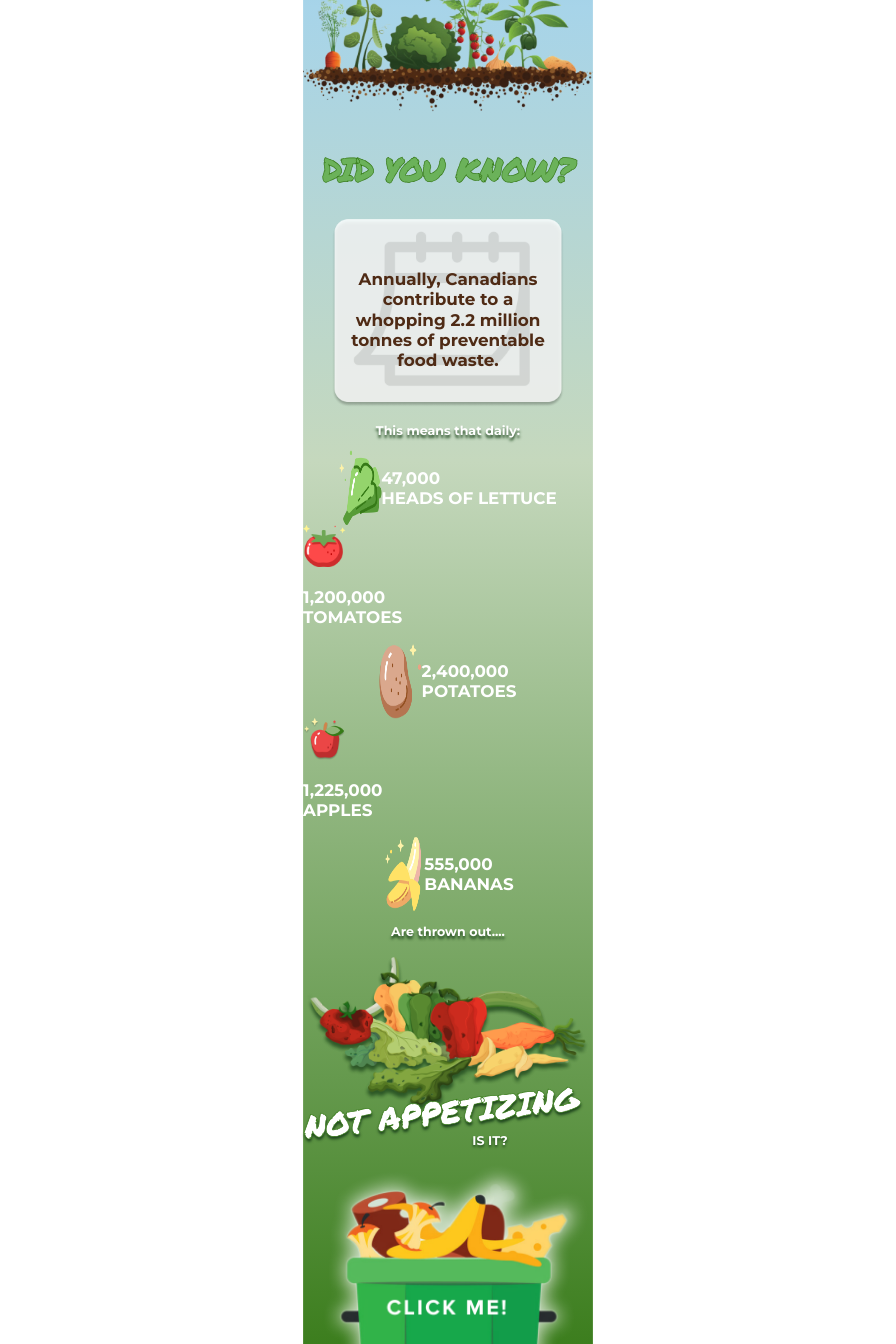
Repository: zoelake/DCDmidterm
Page: page1/index.html
An editor plug-in stored every save of this project. The page is shown before and after the next save, followed by the edit.
The browser window is 1280 px wide. The pictures show the part of the page from y = 640 to 2560 px (the page is 2631 px tall), at 70% of full size.

Above is the page before, as saved 2021-03-05 20:18:55.

### page1/index.html
<!DOCTYPE html>
<html lang="en">

<head>
    <meta charset="UTF-8">
    <meta http-equiv="X-UA-Compatible" content="IE=edge">
    <meta name="viewport" content="width=device-width, initial-scale=1.0">
    <title>Midterm project</title>
    <link rel="stylesheet" href="./style.css">
    <link rel="preconnect" href="https://fonts.gstatic.com">
    <link href="https://fonts.googleapis.com/css2?family=Montserrat:wght@300&display=swap" rel="stylesheet">
    <link rel="preconnect" href="https://fonts.gstatic.com">
    <link href="https://fonts.googleapis.com/css2?family=Montserrat:wght@300;700&display=swap" rel="stylesheet">
    <link rel="preconnect" href="https://fonts.gstatic.com">
    <link href="https://fonts.googleapis.com/css2?family=Permanent+Marker&display=swap" rel="stylesheet">
</head>

<body>

    <div id="main">
        <img id="cloud" alt="cloud" src="images/cloud.png">
        <img id="graphic1" alt="garbage truck" src="images/graphic1.png">
        <img id="garden" alt="veggie garden" src="images/garden.png">
        <h2 id="text-fact">DID YOU KNOW?</h2>
        <img id="calendar" alt="calendar icon" src="images/calendar.png">
        <p id="calendar-text">Annually, Canadians contribute to a whopping 2.2 million tonnes of preventable food waste.
        </p>
        <p class="list-text">This means that daily:</p>

        <div class="produce-left">
            <img class="food" src="./images/lettuce.png">
            <p class="text-left">47,000<br>HEADS OF LETTUCE</p>
        </div>

        <div class="produce-right">
            <img class="food" src="./images/tomatoe.png">
            <p class="text-right">1,200,000<br>TOMATOES</p>
        </div>

        <div class="produce-left">
            <img class="food" src="./images/potatoe.png">
            <p class="text-left">2,400,000<br>POTATOES</p>
        </div>

        <div class="produce-right">
            <img class="food" src="./images/apple.png">
            <p class="text-right">1,225,000<br>APPLES</p>
        </div>

        <div class="produce-left">
            <img class="food" src="./images/banana.png">
            <p class="text-left">555,000<br>BANANAS</p>
        </div>

        <p class="list-text">Are thrown out....</p>

        <img id="rotten-veggies" alt="rotten veggies" src="images/rotten-veggies.png">
        <h2 id="text-waste">NOT APPETIZING</h2>
        <p id="waste" class="list-text">IS IT?</p>

        <img id="basket" alt="shopping basket" src="images/basket.png">


    </div>

</body>

</html>

### page1/style.css
html, body {
  margin:0;
  /* overflow-y: hidden; */
}

body {
  display: flex;
  justify-content: center;
  align-items: center;
}

#main{
  position: relative;
  width: 414px;
  height: 2600px;
  align-self: center;
  background-image: linear-gradient(#65A9D9, #A7D4E9, #C5D8BD, #7EAA6A, #387B19);
}

img{
    width: 100%;
}

h2{
    display: flex;
    justify-self: center;
    font-size: 45px;
    font-family: 'Permanent Marker', cursive;
    -webkit-text-stroke-width: 1px;
    -webkit-text-stroke-color: #367A17;
}

#text-fact{
    color: #6BB25A;
}

#text-waste{
    color: white;
    text-shadow: 0px 4px 4px #1F471E;
    position: absolute;
    top: 2160px;
    transform: rotate(-6deg);
}

#waste{
    position: relative;
    left: 60px;
}

#calendar{
    width: 80%;
    padding: 0 10%;
}

#calendar-text{
    position: absolute;
    width: 76%;
    padding: 0 12%;
    text-align: center;
    top: 1000px;
    z-index: 2;
    color: #4F2B15;
}

p{
    color: white;
    font-family: 'Montserrat', sans-serif;
    font-weight: 900;
    font-size: 24px;
}

.list-text{
    font-size: 18px;
    text-align: center;
    text-shadow: 0px 4px 4px #1F471E;
}

.produce-left{
    display: flex;
    flex-direction: row;
    justify-content: center;
}

.food{
    width: 60px;
    height: 100;
}

After the next save:
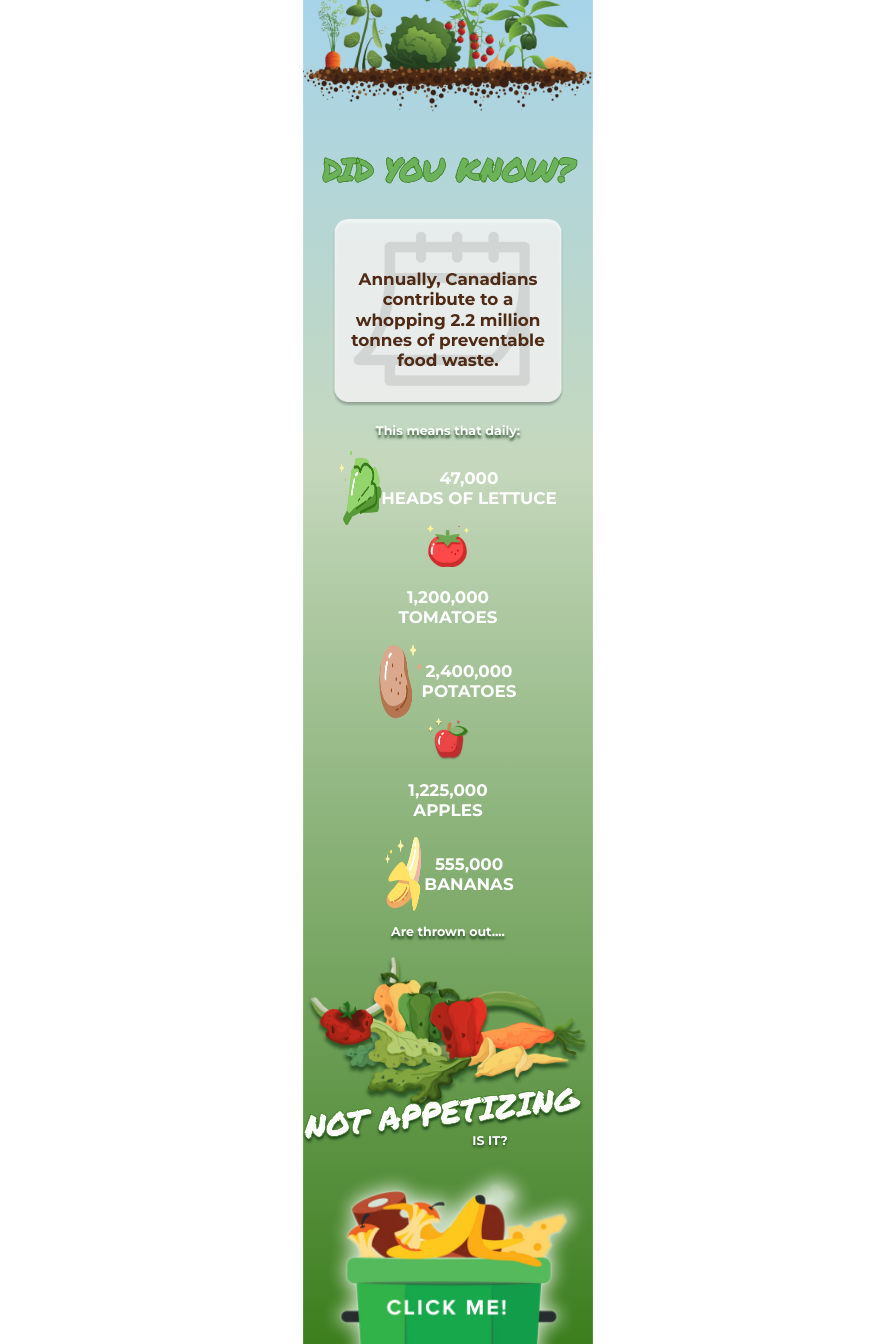
Saved 34 s later.
--- a/page1/style.css
+++ b/page1/style.css
@@ -14,6 +14,7 @@ body {
   width: 414px;
   height: 2600px;
   align-self: center;
+  text-align: center;
   background-image: linear-gradient(#65A9D9, #A7D4E9, #C5D8BD, #7EAA6A, #387B19);
 }
 
@@ -22,8 +23,6 @@ img{
 }
 
 h2{
-    display: flex;
-    justify-self: center;
     font-size: 45px;
     font-family: 'Permanent Marker', cursive;
     -webkit-text-stroke-width: 1px;
